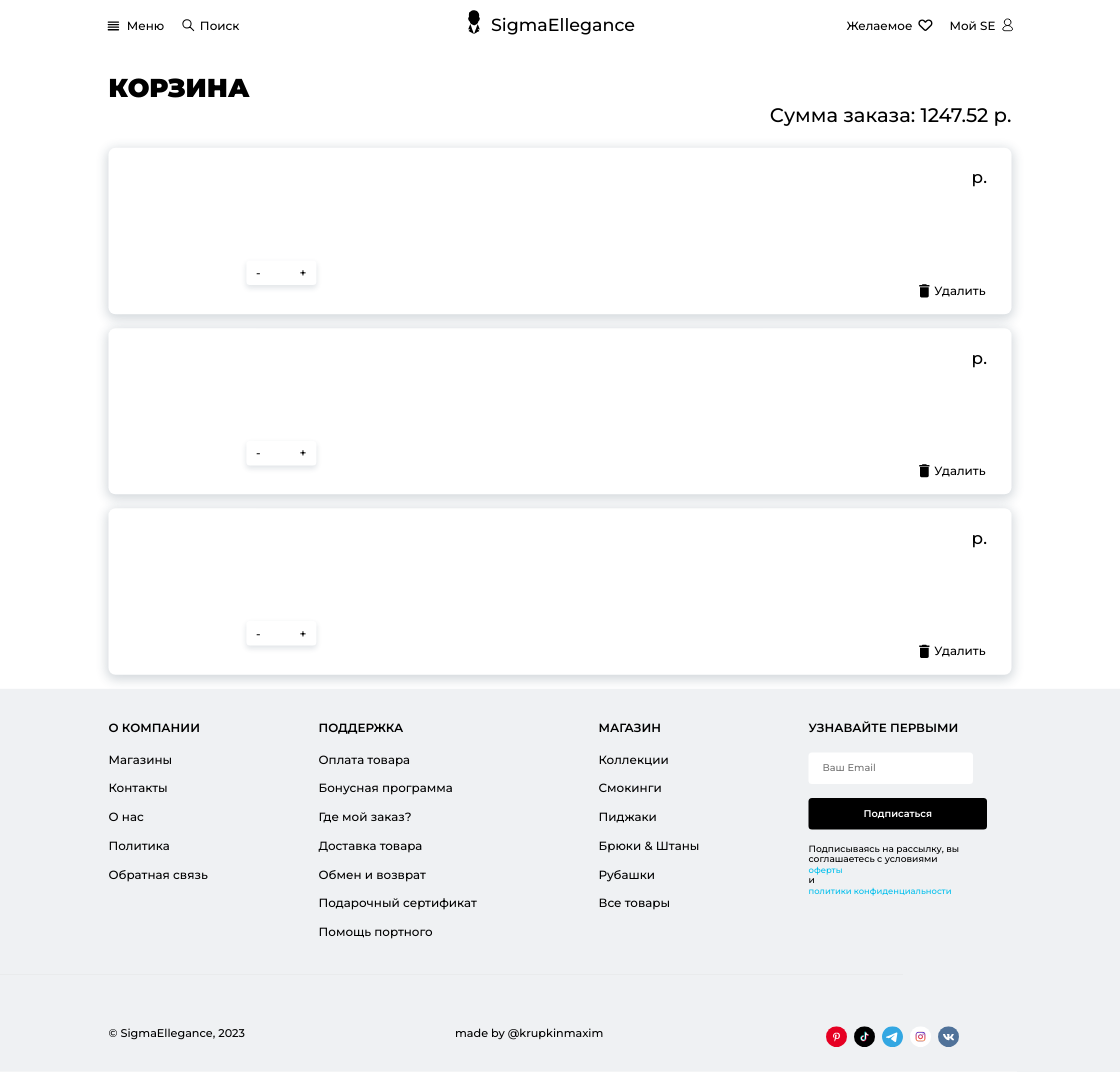
Repository: MaksimKrupkin/SigmaEllegance
Page: /cart
These files come from the project's save history. The page is drawn as it stood at one moment and after the next save; the edit follows.
The browser window is 1280 px wide. The page is 1600 px wide, so the pictures cover 1600 px, including what lies to the right of the window. The pictures show the whole page, at 70% of full size.
Some web fonts or font styles are not loaded; a fallback is used. The project was rebuilt for these pictures with package versions that can differ from the ones it lists, and the page was loaded fresh each time. Also part of the build but not shown: src/Components/SideBar/SideBar.module.css, src/Components/SideBar/SideBar.jsx, src/Pages/HomePage.module.css, src/Components/SliderWrapper/SliderWrapper.module.css, src/Components/SliderCard/SliderCard.module.css, src/Components/SliderCard/SliderCard.jsx, src/Components/LeftArrow/LeftArrow.module.css, src/Components/LeftArrow/LeftArrow.jsx and 31 more.

Above is the page before, as saved 2023-12-19 22:45:23.

### public/index.html
<!DOCTYPE html>
<html lang="en">
  <head>
    <meta charset="utf-8" />

    <meta name="viewport" content="width=device-width, initial-scale=1" />
    <link rel="icon" type="image/png" href="./favicon.png" sizes="32x32" />
    <link rel="preconnect" href="https://fonts.googleapis.com" />
    <link rel="preconnect" href="https://fonts.gstatic.com" crossorigin />
    <link
      href="https://fonts.googleapis.com/css2?family=Roboto:wght@400;500;700&display=swap"
      rel="stylesheet" />
    <link
      href="https://fonts.googleapis.com/css2?family=Montserrat:ital,wght@0,300;0,500;0,600;0,900;1,400;1,500&family=Roboto:wght@400;500;700&display=swap"
      rel="stylesheet" />
    <link rel="preconnect" href="https://fonts.googleapis.com" />
    <link rel="preconnect" href="https://fonts.gstatic.com" crossorigin />
    <link
      href="https://fonts.googleapis.com/css2?family=Montserrat:wght@300&family=Roboto:wght@400;500;700&display=swap"
      rel="stylesheet" />
    <link href="https://fonts.cdnfonts.com/css/montserrat" rel="stylesheet" />
    <title>SigmaEllegance</title>
  </head>
  <body>
    <div id="root"></div>
  </body>
</html>

### src/index.js
import React from 'react';
import ReactDOM from 'react-dom/client';
import App from './App';
import { BrowserRouter } from 'react-router-dom';
import { Provider } from 'react-redux';
import { store } from './Redux/store';

const root = ReactDOM.createRoot(document.getElementById('root'));
root.render(
  <Provider store={store}>
    <React.StrictMode>
      <BrowserRouter>
        <App />
      </BrowserRouter>
    </React.StrictMode>
  </Provider>,
);

### src/App.js
import React, { useState, useEffect, useRef } from 'react';
import Header from './Components/Header/Header';
import HomePage from './Pages/HomePage';
import styles from './App.module.css';
import GoodsPage from './Pages/GoodsPage/GoodsPage';
import OpenGoodPage from './Pages/OpenGoodPage/OpenGoodPage';
import Footer from './Components/Footer/Footer';
import { BrowserRouter, Route, Routes, useParams } from 'react-router-dom';
import AboutUs from './Pages/AboutUs/AboutUs';
import SearchPage from './Pages/SearchPage/SearchPage';
import Contacts from './Pages/Contacts/Contacts';
import Payment from './Pages/Payment/Payment';
import Cart from './Pages/Cart/Cart';

function App() {
  const { category, id } = useParams();
  const [sidebarOpen, setSidebarOpen] = useState(false);

  const closeSidebar = () => {
    setSidebarOpen(false);
  };

  useEffect(() => {
    const handleOutsideClick = (event) => {};

    document.addEventListener('mousedown', handleOutsideClick);

    return () => {
      document.removeEventListener('mousedown', handleOutsideClick);
    };
  }, []);
  return (
    <div className={styles.container}>
      <Header />
      <Routes>
        <Route path="/" element={<HomePage />} />
        <Route path="/goodspage/" element={<GoodsPage />} />
        <Route path="/goodspage/:category" element={<GoodsPage />} />
        <Route path="/goodspage/:category/:id" element={<OpenGoodPage />} />
        <Route path="/opengoodspage" element={<OpenGoodPage />} />
        <Route path="/opengoodspage/:category/:id" element={<OpenGoodPage />} />
        <Route path="/aboutUsPage" element={<AboutUs />} />
        <Route path="/searchPage" element={<SearchPage />} />
        <Route path="/contacts" element={<Contacts />} />
        <Route path="/payment" element={<Payment />} />
        <Route path="/cart" element={<Cart />} />
      </Routes>

      <Footer />
    </div>
  );
}

export default App;

### src/Redux/store.js
import { configureStore } from '@reduxjs/toolkit';
import cart from './slices/cartSlice';

export const store = configureStore({
  reducer: {
    cart,
  },
});

### src/Components/Header/Header.jsx
import React from 'react';
import { useState } from 'react';
import { Link } from 'react-router-dom';
import styles from './Header.module.css';
import logo from '../../assets/img/logo.svg';
import icon1 from '../../assets/img/Icon1.svg';
import icon2 from '../../assets/img/icon2.svg';
import icon3 from '../../assets/img/icon3.svg';
import icon4 from '../../assets/img/icon4.svg';
import SideBar from '../SideBar/SideBar';

function Header() {
  const [toggleMenu, setToggleMenu] = useState(false);
  const HandleToggle = () => {
    setToggleMenu(!toggleMenu);
  };
  console.log(toggleMenu);
  return (
    <header className={styles.header}>
      <div className={styles.left_part}>
        <div onClick={HandleToggle} className={styles.menu}>
          <img className={styles.icon1} src={icon1} alt="" />
          <p>Меню</p>
        </div>
        {toggleMenu && <SideBar HandleToggle={HandleToggle} />}

        <Link to="/searchPage" className={styles.search}>
          <img className={styles.icon2} src={icon2} alt="" />
          <p>Поиск</p>
        </Link>
      </div>
      <Link to="/" className={styles.logo_part}>
        <img className={styles.logo} src={logo} alt="" />
        <p>SigmaEllegance</p>
      </Link>
      <div className={styles.right_part}>
        <Link to="/cart" className={styles.liked}>
          <p>Желаемое</p>
          <img className={styles.icon3} src={icon3} alt="" />
        </Link>
        <Link className={styles.purchases}>
          <p>Мой SE</p>
          <img className={styles.icon4} src={icon4} alt="" />
        </Link>
      </div>
    </header>
  );
}

export default Header;

### src/App.module.css
body {
  font-family: 'Montserrat', sans-serif;
  display: block;
  margin: 0 auto;
  padding: 0;
  width: 100%;
  position: relative;
  overflow-x: hidden;
}
.container {
  width: 1600px;
  display: block;
  margin: 0 auto;
}

*,
*::before,
*::after {
  box-sizing: border-box;
}

/* Links */

a,
a:link,
a:visited {
  text-decoration: none;
}

a:hover {
  text-decoration: none;
}

/* Common */

aside,
nav,
header,
section,
main {
  display: block;
}

h1,
h2,
h3,
h4,
h5,
h6,
p {
  font-size: inherit;
  font-weight: inherit;
}

ul,
ul li {
  list-style: none;
}

img {
  vertical-align: top;
}

img,
svg {
  max-width: 100%;
  height: auto;
}

address {
  font-style: normal;
}

/* Form */

input,
textarea,
button,
select {
  font-family: inherit;
  font-size: inherit;
  color: inherit;
  background-color: transparent;
}

input::-ms-clear {
  display: none;
}

button,
input[type='submit'] {
  display: inline-block;
  box-shadow: none;
  background-color: transparent;
  background: none;
  cursor: pointer;
}

input:focus,
input:active,
button:focus,
button:active {
  outline: none;
}

button::-moz-focus-inner {
  padding: 0;
  border: 0;
}

label {
  cursor: pointer;
}

legend {
  display: block;
}

### src/Components/Footer/Footer.jsx
import React from 'react';
import icon1 from '../../assets/img/pint.svg';
import icon2 from '../../assets/img/TT.svg';
import icon3 from '../../assets/img/TG.svg';
import icon4 from '../../assets/img/IG.svg';
import icon5 from '../../assets/img/VK.svg';
import styles from './Footer.module.css';

export default function Footer() {
  return (
    <footer className={styles.footer}>
      <div className={styles.column_1}>
        <a className={styles.column_title}>О компании</a>
        <a className={styles.column_item}> Магазины</a>
        <a className={styles.column_item}>Контакты</a>
        <a className={styles.column_item}>О нас</a>
        <a className={styles.column_item}>Политика</a>
        <a className={styles.column_item}>Обратная связь</a>
      </div>
      <div className={styles.column_2}>
        <a className={styles.column_title}>Поддержка</a>
        <a className={styles.column_item}> Оплата товара</a>
        <a className={styles.column_item}>Бонусная программа</a>
        <a className={styles.column_item}>Где мой заказ?</a>
        <a className={styles.column_item}>Доставка товара</a>
        <a className={styles.column_item}>Обмен и возврат</a>
        <a className={styles.column_item}>Подарочный сертификат</a>
        <a className={styles.column_item}>Помощь портного</a>
      </div>
      <div className={styles.column_3}>
        <a className={styles.column_title}>Магазин</a>
        <a className={styles.column_item}> Коллекции</a>
        <a className={styles.column_item}>Смокинги</a>
        <a className={styles.column_item}>Пиджаки</a>
        <a className={styles.column_item}>Брюки & Штаны</a>
        <a className={styles.column_item}>Рубашки</a>
        <a className={styles.column_item}>Все товары</a>
      </div>
      <div className={styles.footer_form}>
        <div className={styles.footer_form_title}>Узнавайте первыми</div>
        <form action={styles.text}>
          <input className={styles.footer_form_email} type="text" placeholder="Ваш Email" />
        </form>
        <div className={styles.footer_button}>
          <div className={styles.footer_link}>Подписаться</div>
        </div>
        <div className={styles.policy}>
          Подписываясь на рассылку, вы соглашаетесь с условиями{' '}
          <a href="" className={styles.policy_link}>
            оферты
          </a>{' '}
          и <a className={styles.policy_link}>политики конфиденциальности</a>{' '}
        </div>
      </div>
      <div className={styles.footer_border}>
        <img src="/img/Border.svg" alt="" />
      </div>
      <div className={styles.sigma_corp}>© SigmaEllegance, 2023</div>
      <div className={styles.made_by}>made by @krupkinmaxim</div>
      <div className={styles.social_networks}>
        <img className={styles.pintrest} src={icon1} alt="" />
        <img className={styles.tik_tok} src={icon2} alt="" />
        <img className={styles.telegram} src={icon3} alt="" />
        <img className={styles.instagram} src={icon4} alt="" />
        <img className={styles.vk} src={icon5} alt="" />
      </div>
    </footer>
  );
}

### src/Pages/Cart/Cart.jsx
import React from 'react';
import styles from './Cart.module.css';
import CartGood from './CartGood/CartGoods';
import { useDispatch, useSelector } from 'react-redux';

export default function Cart() {
  const dispatch = useDispatch();
  // const cartItem = useSelector((state) => state.cart.items.find((obj) => obj.image1 === image1));

  return (
    <div className={styles.wrapper}>
      <div className={styles.container}>
        <div className={styles.title}>Корзина</div>
        <div className={styles.sum}>Сумма заказа: 1247.52 р.</div>
        <CartGood />
        <CartGood />
        <CartGood />
      </div>
    </div>
  );
}

### src/Redux/slices/cartSlice.js
import { createSlice } from '@reduxjs/toolkit';

const initialState = {
  totalPrice: 0,
  items: [],
};

const cartSlice = createSlice({
  name: 'cart',
  initialState,
  reducers: {
    // addItem(state, action) {
    //   state.items.push(action.payload);
    //   state.totalPrice = state.items.reduce((sum, obj) => {
    //     return obj.price + sum;
    //   }, 0);
    // },
    addItem(state, action) {
      const findItem = state.items.find((obj) => obj.image1 === action.payload.image1);
      if (findItem) {
        findItem.count++;
      } else {
        state.items.push({
          ...action.payload,
          count: 1,
        });
      }
      state.totalPrice = state.items.reduce((sum, obj) => {
        return obj.price * obj.count + sum;
      }, 0);
    },
    removeItem(state, action) {
      state.items = state.items.filter((obj) => obj.id !== action.payload);
    },
  },
});

export const { addItem, removeItem } = cartSlice.actions;

export default cartSlice.reducer;

### src/Components/Header/Header.module.css
.header {
  font-family: 'Montserrat', sans-serif;
  margin: 0 auto;
  width: 100%;
  height: 10vh;
  display: flex;
  justify-content: space-around;
  align-items: center;
}

.left_part {
  display: flex;
  justify-content: space-between;
  align-items: center;
  gap: 25px;
  color: #000;
  margin-bottom: -2px;

  font-family: Montserrat;
  font-size: 17px;
  font-style: normal;
  font-weight: 500;
  line-height: normal;
}
.menu {
  display: flex;
  justify-content: space-between;
  align-items: center;
  gap: 8px;
  cursor: pointer;
}
.menu:hover {
  color: rgb(80, 77, 77);
}
.icon1 {
  width: 22px;
  height: 22px;
  margin-bottom: 1px;
}
.search {
  display: flex;
  justify-content: space-between;
  align-items: center;
  gap: 8px;
  cursor: pointer;
  color: black;
}

.search:hover {
  color: rgb(80, 77, 77);
}
.icon2 {
  width: 18px;
  height: 18px;
  margin-bottom: 3px;
}

.logo_part {
  margin-bottom: 3px;
  display: flex;
  justify-content: space-between;
  align-items: center;

  color: #000;

  font-family: Montserrat;
  font-size: 25px;
  font-style: normal;
  font-weight: 400;
  line-height: normal;
  cursor: pointer;
}

.logo {
  width: 67.375px;
  height: 69.103px;
  flex-shrink: 0;
  margin-right: -10px;
}
.right_part {
  margin-bottom: -2px;
  display: flex;
  justify-content: space-between;
  align-items: center;
  gap: 23px;
  font-family: Montserrat;
  font-size: 17px;
  font-style: normal;
  font-weight: 500;
  line-height: normal;
}

.liked {
  color: black;
  display: flex;
  justify-content: space-between;
  align-items: center;
  gap: 8px;
  cursor: pointer;
}
.liked:hover {
  color: rgb(80, 77, 77);
}
.icon3 {
  width: 22px;
  height: 22px;
  margin-bottom: 3px;
}

.purchases {
  color: black;
  display: flex;
  justify-content: space-between;
  align-items: center;
  gap: 8px;
  cursor: pointer;
}
.purchases:hover {
  color: rgb(80, 77, 77);
}

.icon4 {
  width: 19px;
  height: 19px;
  margin-bottom: 3px;
}

### src/Components/Footer/Footer.module.css
.footer {
  background-color: #eff1f3;
  width: 1600px;
  height: 547px;
  position: absolute;
  overflow-y: hidden;
  margin-top: 0px;
}
a {
  display: block;
}

.column_1 {
  position: absolute;
  top: 45px;
  left: 155px;
}

.column_2 {
  position: absolute;
  top: 45px;
  left: 455px;
}

.column_3 {
  position: absolute;
  top: 45px;
  left: 855px;
}
.column_title {
  font-style: normal;
  font-weight: 600;
  font-size: 17px;
  line-height: 21px;
  text-transform: uppercase;
  color: #000000;
  margin-bottom: 25px;
}

.column_item {
  font-family: 'Montserrat';
  font-style: normal;
  font-weight: 400;
  font-size: 17px;
  line-height: 21px;
  color: #000000;
  margin-bottom: 20px;
  cursor: pointer;
}

.footer_form {
  position: absolute;
  top: 45px;
  left: 1155px;
}

.footer_form_title {
  font-style: normal;
  font-weight: 600;
  font-size: 17px;
  line-height: 21px;
  text-transform: uppercase;
  color: #000000;
  margin-bottom: 25px;
}
.footer {
  opacity: 1;
}
.footer_form_email {
  width: 235px;
  height: 45px;
  background-color: white;
  border: none;
  border-radius: 5px;
  font-style: normal;
  font-weight: 400;
  font-size: 14px;
  line-height: 17px;
  padding-left: 20px;
  color: rgba(0, 0, 0, 0.4);
}
.footer_form_email:focus {
  border: 2px solid black;
}

.footer_button {
  margin-top: 20px;
  margin-bottom: 20px;
  width: 255px;
  background-color: #000000;
  border-radius: 5px;
  text-align: center;
  font-style: normal;
  font-weight: 600;
  font-size: 14px;
  line-height: 45px;
  color: #ffffff;
  cursor: pointer;
}
.footer_link {
  color: #ffffff;
}

.policy {
  width: 254px;
  font-style: normal;
  font-weight: 400;
  font-size: 13px;
  line-height: 15px;
  color: #000000;
}
.policy_link {
  font-style: normal;
  font-weight: 400;
  font-size: 12px;
  line-height: 15px;
  color: #00bfed;
}

.footer_border {
  position: absolute;
  bottom: 120px;
}

.sigma_corp {
  position: absolute;
  left: 155px;
  bottom: 45px;

  font-weight: 500;
}

.made_by {
  position: absolute;
  left: 650px;
  bottom: 45px;
  font-weight: 500;
}

.social_networks {
  position: absolute;
  left: 1180px;
  bottom: 35px;
}
.pintrest {
  width: 30px;
  height: 30px;
  margin-right: 10px;
  transition: all 0.1s ease-in;
  cursor: pointer;
}
.pintrest:hover {
  width: 35px;
  height: 35px;
  transform: translateY(-3px);
}
.tik_tok {
  width: 30px;
  height: 30px;
  margin-right: 10px;
  transition: all 0.1s ease-in;
  cursor: pointer;
}
.tik_tok:hover {
  width: 35px;
  height: 35px;
  transform: translateY(-3px);
}
.telegram {
  width: 30px;
  height: 30px;
  margin-right: 10px;
  transition: all 0.1s ease-in;
  cursor: pointer;
}
.telegram:hover {
  width: 35px;
  height: 35px;
  transform: translateY(-3px);
}
.instagram {
  width: 30px;
  height: 30px;
  margin-right: 10px;
  transition: all 0.1s ease-in;
  cursor: pointer;
}
.instagram:hover {
  width: 35px;
  height: 35px;
  transform: translateY(-3px);
}
.vk {
  width: 30px;
  height: 30px;
  margin-right: 10px;
  transition: all 0.1s ease-in;
  cursor: pointer;
}
.vk:hover {
  width: 35px;
  height: 35px;
  transform: translateY(-3px);
}

### src/Pages/Cart/Cart.module.css
.wrapper {
  width: 1600px;
  min-height: 90vh;
  display: flex;
  justify-content: center;
}
.container {
  width: 1290px;
}
.title {
  margin-top: 30px;
  color: #000;

  font-family: Montserrat;
  font-size: 37px;
  font-style: normal;
  font-weight: 700;
  line-height: normal;
  text-transform: uppercase;
}
.sum {
  font-size: 28px;
  font-weight: 500;
  text-align: right;
  margin-bottom: 30px;
}

### src/Pages/Cart/CartGood/CartGoods.jsx
import React from 'react';
import styles from './CartGood.module.css';
import image from '../../../assets/img/bruki-1.webp';
import { MdDelete } from 'react-icons/md';

export default function CartGood({ price, image1, type, color, count }) {
  return (
    <div className={styles.good_item}>
      <img className={styles.goods_img} src={image1} alt="" />
      <div className={styles.left}>
        <div className={styles.goods_data}>
          <p className={styles.goods_type}>{type}</p>
          <p className={styles.goods_color}>{color}</p>
        </div>
        <div className={styles.goods_count}>
          <div>-</div>
          <div>{count}</div>
          <div>+</div>
        </div>
      </div>
      <div className={styles.right}>
        <p className={styles.goods_price}>{price} р.</p>
        <div className={styles.goods_delete}>
          <MdDelete fontSize={25} />
          <p className={styles.delete_text}>Удалить</p>
        </div>
      </div>
    </div>
  );
}

### src/Pages/Cart/CartGood/CartGood.module.css
.good_item {
  padding: 15px;

  width: 100%;
  height: 33vh;
  border-radius: 10px;
  display: flex;
  justify-content: space-between;
  align-items: center;
  -webkit-box-shadow: 0px 4px 15px 3px rgba(34, 60, 80, 0.2);
  -moz-box-shadow: 0px 4px 15px 3px rgba(34, 60, 80, 0.2);
  box-shadow: 0px 4px 15px 3px rgba(34, 60, 80, 0.2);
  margin-bottom: 20px;
  transition: all 0.15s ease-out;
}
.good_item:hover {
  -webkit-box-shadow: 0px 7px 18px 9px rgba(34, 60, 80, 0.24);
  -moz-box-shadow: 0px 7px 18px 9px rgba(34, 60, 80, 0.24);
  box-shadow: 0px 7px 18px 9px rgba(34, 60, 80, 0.24);
}

.goods_img {
  width: 146px;
  border-radius: 4px;
}
.left {
  display: flex;
  flex-direction: column;
  align-items: space-between;
  gap: 100px;
  margin-left: -820px;
}
.goods_data {
  display: flex;
  flex-direction: column;
  justify-content: start;
  gap: 10px;
  font-size: 17px;
  font-weight: 500;
}
.goods_count {
  font-size: 17px;
  cursor: pointer;
  display: flex;
  align-items: center;
  justify-content: space-around;
  width: 100px;
  height: 35px;
  border-radius: 5px;
  margin: 0;

  -webkit-box-shadow: 0px 4px 7px 1px rgba(34, 60, 80, 0.12);
  -moz-box-shadow: 0px 4px 7px 1px rgba(34, 60, 80, 0.12);
  box-shadow: 0px 4px 7px 1px rgba(34, 60, 80, 0.12);
}
.goods_type {
  line-height: 17px;
  margin: 0;
}
.goods_color {
  line-height: 17px;
  padding-bottom: 5px;
  margin: 0;
  margin-top: 5px;
}
.right {
  margin-top: 30px;
  margin-right: 20px;
  height: 100%;
  display: flex;
  flex-direction: column;
  align-items: end;
  font-size: 17px;
  font-weight: 500;
  gap: 120px;
}
.goods_price {
  font-size: 24px;
  margin: 0;
  margin-top: -2px;
}
.goods_delete {
  margin: 0;
  margin-right: 2px;
  display: flex;
  justify-content: space-between;
  align-items: center;
  gap: 2px;
  cursor: pointer;
  transition: all 0.2s ease-in;
}
.goods_delete:hover {
  color: rgb(203, 28, 28);
}

After the next save:
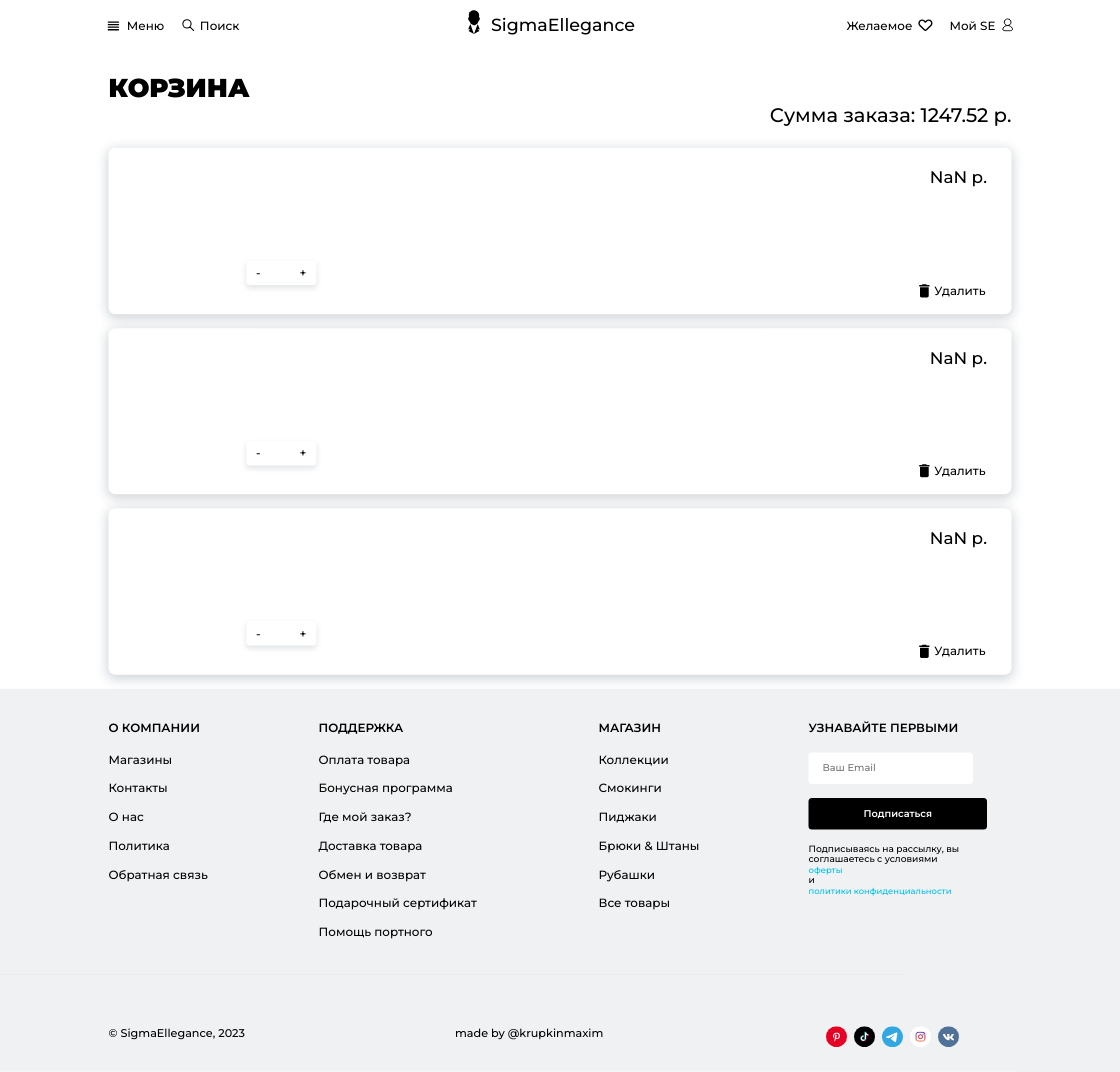
Saved 43 s later.
--- a/src/Pages/Cart/CartGood/CartGoods.jsx
+++ b/src/Pages/Cart/CartGood/CartGoods.jsx
@@ -19,7 +19,7 @@ export default function CartGood({ price, image1, type, color, count }) {
         </div>
       </div>
       <div className={styles.right}>
-        <p className={styles.goods_price}>{price} р.</p>
+        <p className={styles.goods_price}>{price * count} р.</p>
         <div className={styles.goods_delete}>
           <MdDelete fontSize={25} />
           <p className={styles.delete_text}>Удалить</p>
